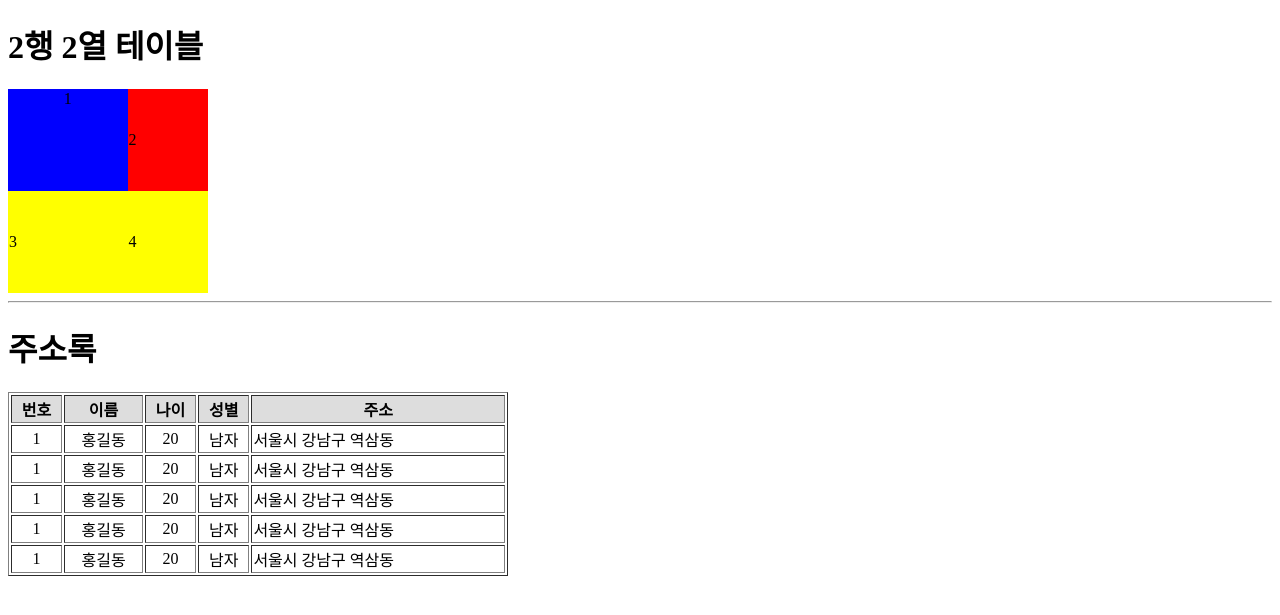
Repository: Chun0903/classStudy_github.io
Page: client/ClientTest/WebContent/ex13_table.html
These files come from the project's save history. The page is drawn as it stood at one moment and after the next save; the edit follows.
The browser window is 1280 px wide. The pictures show the whole page.

Above is the page before, as saved 2020-06-19 07:40:25.

After the next save:
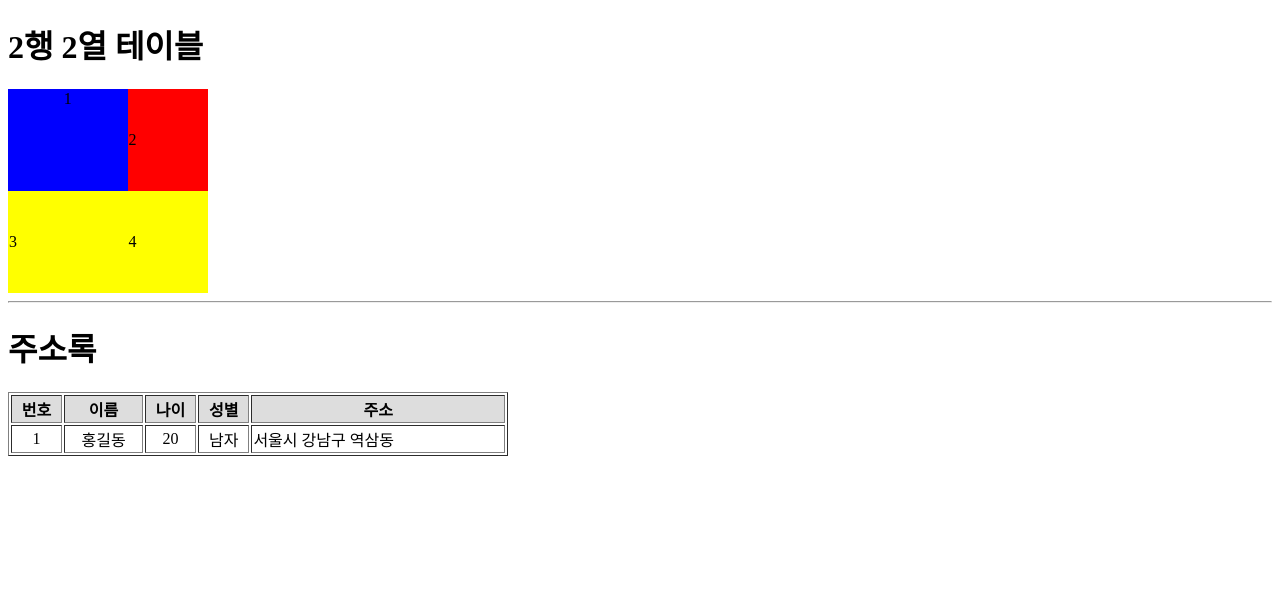
Saved 50 s later.
--- a/client/ClientTest/WebContent/ex13_table.html
+++ b/client/ClientTest/WebContent/ex13_table.html
@@ -61,34 +61,6 @@
 			<td align="center">남자</td>
 			<td>서울시 강남구 역삼동</td>
 		</tr>
-		<tr>
-			<td align="center">1</td>
-			<td align="center">홍길동</td>
-			<td align="center">20</td>
-			<td align="center">남자</td>
-			<td>서울시 강남구 역삼동</td>
-		</tr>
-		<tr>
-			<td align="center">1</td>
-			<td align="center">홍길동</td>
-			<td align="center">20</td>
-			<td align="center">남자</td>
-			<td>서울시 강남구 역삼동</td>
-		</tr>
-		<tr>
-			<td align="center">1</td>
-			<td align="center">홍길동</td>
-			<td align="center">20</td>
-			<td align="center">남자</td>
-			<td>서울시 강남구 역삼동</td>
-		</tr>
-		<tr>
-			<td align="center">1</td>
-			<td align="center">홍길동</td>
-			<td align="center">20</td>
-			<td align="center">남자</td>
-			<td>서울시 강남구 역삼동</td>
-		</tr>
 	</table>
 
 
